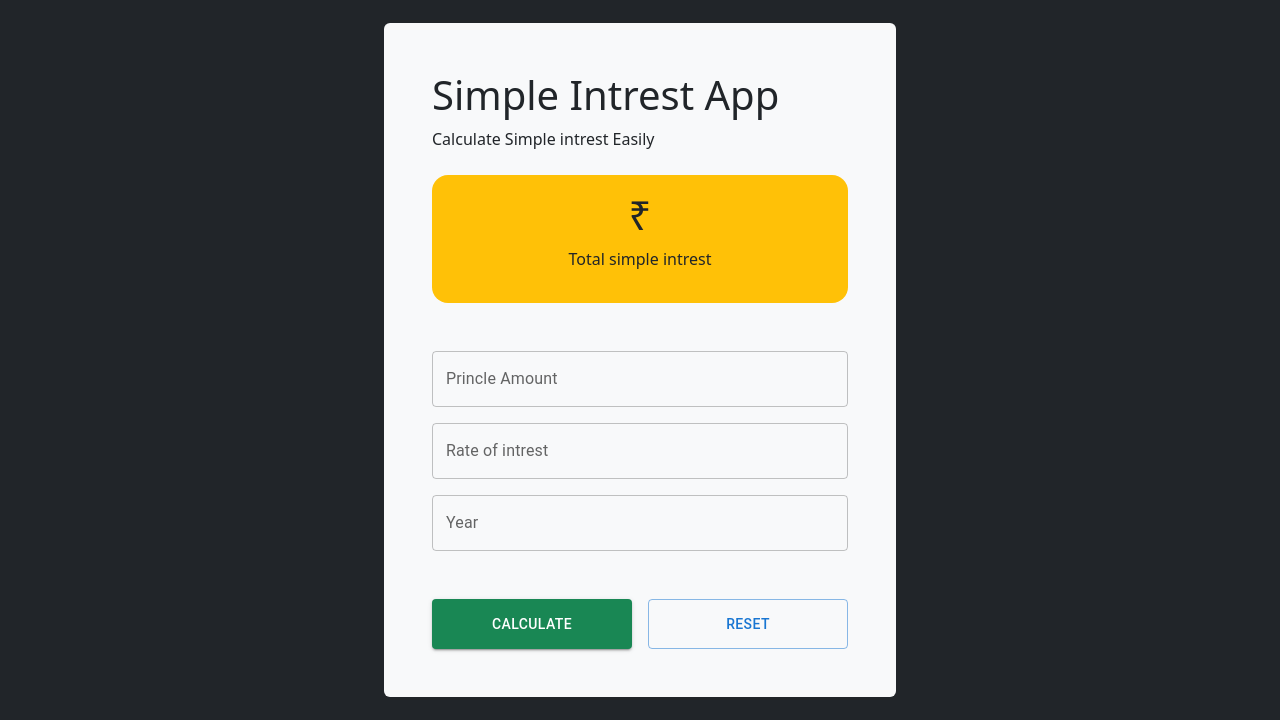
Repository: Afraz13/simple-intrest
Page: /
The author's editor kept a copy of each file at every save. The page is drawn from the files as they stood at one save, then again after the next save.
The browser window is 1280 px wide. The pictures show the whole page.
The project was rebuilt for these pictures with package versions that can differ from the ones it lists, and the page was loaded fresh each time. Also part of the build but not shown: src/index.css, src/App.css.

Above is the page before, as saved 2024-07-16 10:58:20.

After the next save:
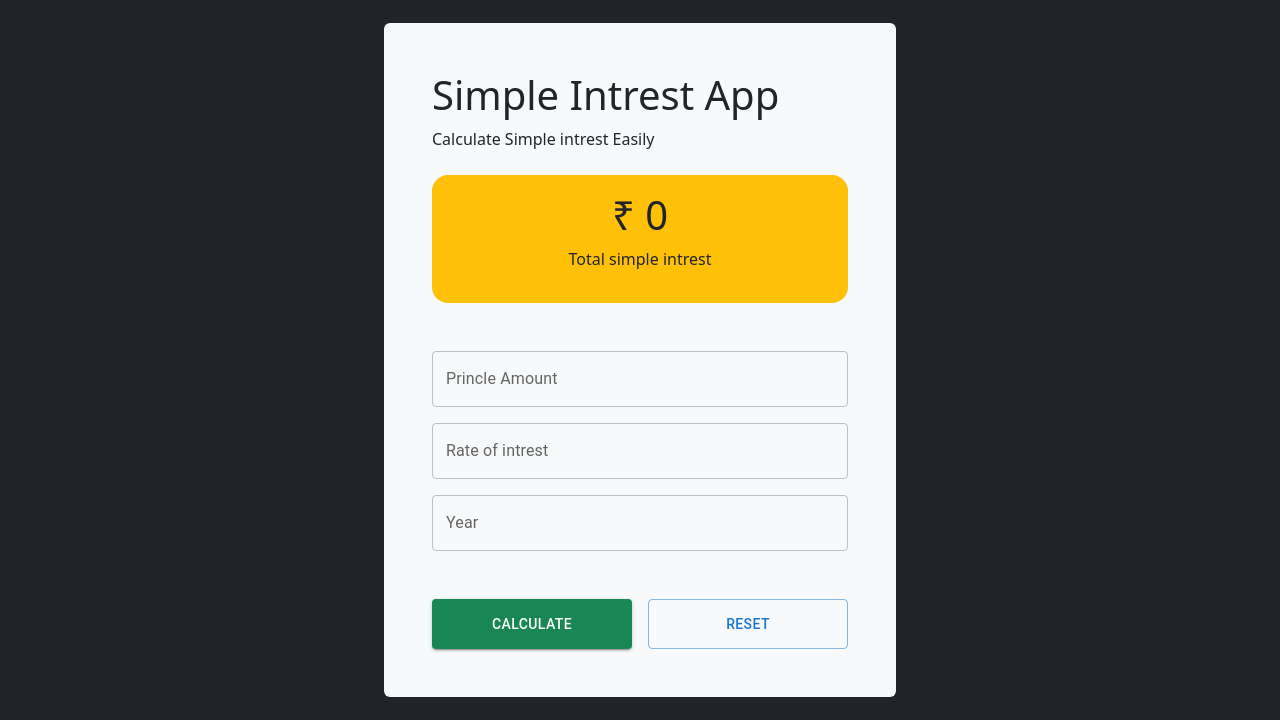
Saved 11 s later.
--- a/src/App.js
+++ b/src/App.js
@@ -20,7 +20,7 @@ function App() {
     <h1>Simple Intrest App</h1>
     <p>Calculate Simple intrest Easily</p>
     <div className='bg-warning d-flex justify-content-center align-items-center p-3 flex-column rounded-4 mt-4 '>
-      <h1>₹ {}</h1>
+      <h1>₹ {interest}</h1>
       <p>Total simple intrest</p>
     </div>
     <form action="" className='mt-5'>
